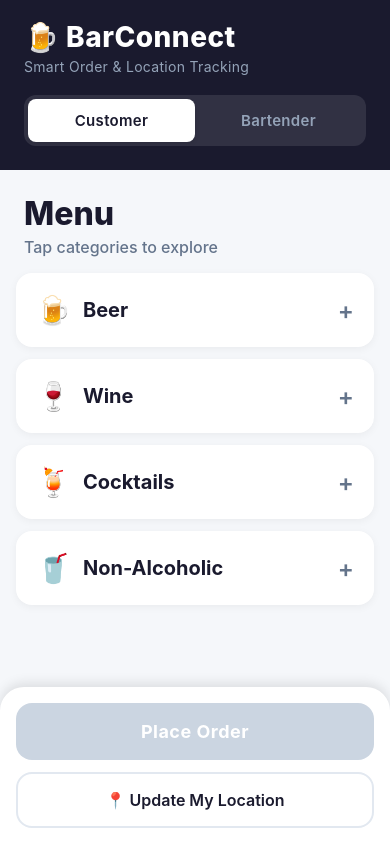
Repository: WHOISNVA/Icebreakers-Indoors
Screen: / (app in DeliveryTrackerExpo/)
An editor plug-in stored every save of this project. The screen is shown before and after the next save, followed by the edit.
The app was drawn by React Native's web renderer in a window 390 px wide. The project was rebuilt for these pictures with package versions that can differ from the ones it lists, and the page was loaded fresh each time. Some packages were replaced by stand-ins written for this rebuild. Also part of the build but not shown: DeliveryTrackerExpo/src/components/MapModal.tsx, DeliveryTrackerExpo/src/screens/BartenderScreen.tsx.

Above is the screen before, as saved 2025-09-12 22:11:04.

After the next save:
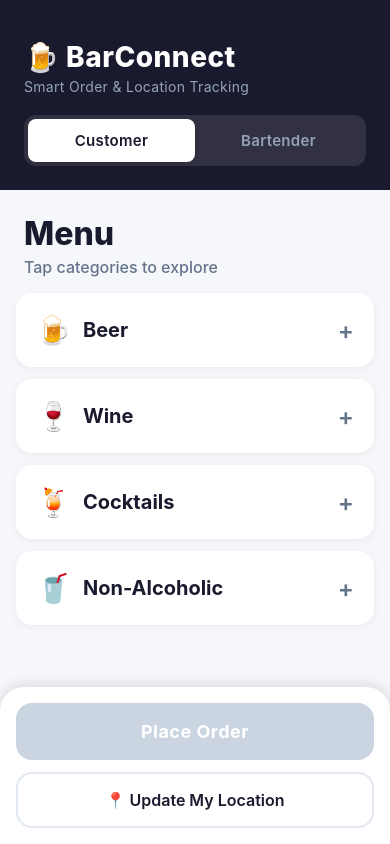
Saved 8 s later.
--- a/DeliveryTrackerExpo/App.tsx
+++ b/DeliveryTrackerExpo/App.tsx
@@ -5,6 +5,7 @@ import {
   StyleSheet,
   TouchableOpacity,
   StatusBar,
+  Platform,
 } from 'react-native';
 import UserScreen from './src/screens/UserScreen';
 import BartenderScreen from './src/screens/BartenderScreen';
@@ -54,7 +55,7 @@ const styles = StyleSheet.create({
   header: {
     backgroundColor: '#1a1a2e',
     paddingHorizontal: 24,
-    paddingTop: 20,
+    paddingTop: Platform.OS === 'ios' ? 60 : 40,
     paddingBottom: 24,
     shadowColor: '#000',
     shadowOffset: { width: 0, height: 4 },
